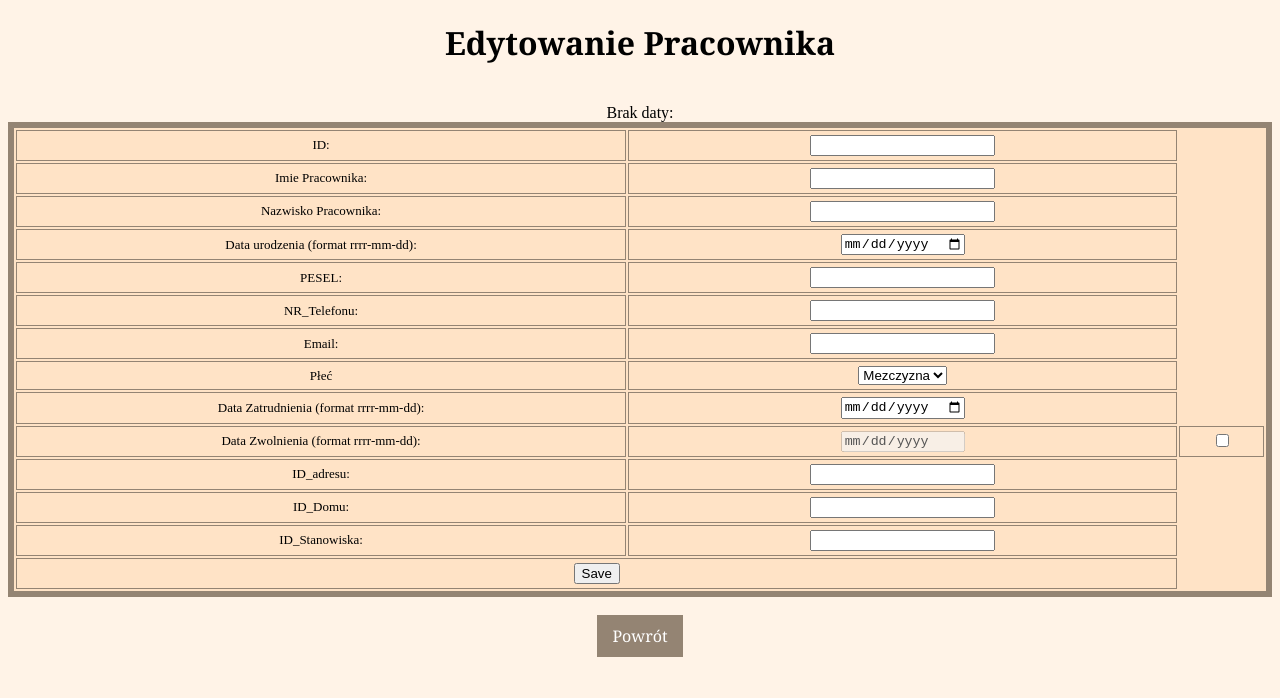
Repository: marcinRuta/houseOfCulture-crud-webapp-database
Page: http://localhost/edit_form_pracownicy
An editor plug-in stored every save of this project. The page is shown before and after the next save, followed by the edit.
The browser window is 1280 px wide. The pictures show the whole page.
The page is this project's Thymeleaf template; nobody is signed in. The template is opened directly, without the code that normally fills it, so the values that code supplies are empty.

Above is the page before, as saved 2021-01-10 00:24:57.

### DomKultury/src/main/resources/templates/edit_form_pracownicy.html
<!DOCTYPE html>
<html xmlns="http://www.w3.org/1999/xhtml"
	xmlns:th="http://www.thymeleaf.org">
<head>
<script>
	function Enabledch(ch)
	{
		var ddl=document.getElementById("Data");
		dd1.disabled=ch.checked ? false : true;

		if(!ddl.disabled)
		{

			ddl.focus()
		}

	}



</script>


<meta charset="UTF-8">
<link rel="stylesheet" href="../static/css/tabele.css" th:href="@{/css/tabele.css}" >
<title>Aplikacja do obsługi Domu Kultury</title>
</head>
<body>

	<div align="center">

		<!-- Page header -->
		<h1>Edytowanie Pracownika</h1>

		<!-- End line/new line -->

		<br/>

		<form action="#" th:action="@{/updateP}" th:object="${EditPracownicy}"
			method="post">

			<!-- Table -->
		<table class="cinereousTable">

				<tr>
					<td>ID:</td>
					<td><input type="text" th:field="*{ID_Pracownika}"
						readonly="readonly"></td>

				</tr>
				<tr>
					<td>Imie Pracownika:</td>
					<td><input type="text" th:field="*{Imie}"></td>
				</tr>

				<!-- Table 2nd row -->

				<tr>
					<td>Nazwisko Pracownika:</td>
					<td><input type="text" th:field="*{Nazwisko}"></td>
				</tr>

				<!-- Table 3rd row -->

				<tr>
					<td>Data urodzenia (format rrrr-mm-dd):</td>
					<td><input type="date" th:field="*{Data_urodzenia}"></td>
				</tr>

				<!-- Table 4th row -->

				<tr>
					<td>PESEL:</td>
					<td><input type="text" th:field="*{PESEL}"></td>
				</tr>

				<!-- Table 5th row -->

				<tr>
					<td>NR_Telefonu:</td>
					<td><input type="text" th:field="*{NR_Telefonu}"></td>
				</tr>

				<!-- Table 6th row -->

				<tr>
					<td>Email:</td>
					<td><input type="text" th:field="*{Email}"></td>
				</tr>

				<!-- Table 7th row -->

				<tr>
					<td>Płeć</td>
					<td><select th:field="*{Plec}">
							<option value="Mezczyzna">Mezczyzna</option>
							<option value="Kobieta">Kobieta</option>
					</select>
					</td>
				</tr>

				<!-- Table 8th row -->

				<tr>
					<td>Data Zatrudnienia (format rrrr-mm-dd):</td>
					<td><input type="date" th:field="*{Data_Zatrudnienia}"></td>
				</tr>

				<!-- Table 9th row -->

				<tr>
					<td>Data Zwolnienia (format rrrr-mm-dd):</td>
					<td><input id="Data" disabled="disabled" type="date" th:field="*{Data_Zwolnienia}"></td>
					Brak daty:<td><input type="checkbox" id="ch" onclick="Enabledch(this)"/></td>
				</tr>

				<!-- Table 10th row -->

				<tr>
					<td>ID_adresu:</td>
					<td><input type="text" th:field="*{ID_Adresu}"></td>
				</tr>

				<!-- Table 11th row -->

				<tr>
					<td>ID_Domu:</td>
					<td><input type="text" th:field="*{ID_Domu}"></td>
				</tr>

				<!-- Table 12th row -->

				<tr>
					<td>ID_Stanowiska:</td>
					<td><input type="text" th:field="*{ID_Stanowiska}"></td>
				</tr>

				<!--  Button for save -->
				<tr>
				<td colspan="2"><button type="submit">Save</button>
				</td>
				</tr>

			</table>
		</form>
			<br/>
				<!-- EXIT -->
				<a href="/P">Powrót</a>
	</div>

</body>
</html>

### DomKultury/src/main/resources/static/css/tabele.css

table.cinereousTable {
  border: 6px solid #948473;
  background-color: #FFE3C6;
  width: 100%;
  text-align: center;
}
table.cinereousTable td, table.cinereousTable th {
  border: 1px solid #948473;
  padding: 4px 4px;
}
table.cinereousTable tbody td {
  font-size: 13px;
}
table.cinereousTable thead {
  background: #948473;
  background: -moz-linear-gradient(top, #afa396 0%, #9e9081 66%, #948473 100%);
  background: -webkit-linear-gradient(top, #afa396 0%, #9e9081 66%, #948473 100%);
  background: linear-gradient(to bottom, #afa396 0%, #9e9081 66%, #948473 100%);
}
table.cinereousTable thead th {
  font-size: 17px;
  font-weight: bold;
  color: #F0F0F0;
  text-align: left;
  border-left: 2px solid #948473;
}
table.cinereousTable thead th:first-child {
  border-left: none;
}

table.cinereousTable tfoot td {
  font-size: 16px;
}

body {
  background-color: #FFF3E7;
}
h1 {
  color: black;
  font-family: Georgia, serif;
}
p {
  color: black;
}
a:link, a:visited {
  background-color: #948473;
  color: white;
  padding: 10px 15px;
  text-align: center;
  text-decoration: none;
  display: inline-block;
  font-family: Georgia, serif;
}

a:hover, a:active {
  background-color: 948473;
}
.button {
  background-color: #948473; /* Green */
  border: none;
  color: white;
  padding: 10px 14px;
  text-align: center;
  text-decoration: none;
  display: inline-block;
  font-size: 16px;
  font-family: Georgia, serif;
  transition-duration: 0.4s;
}

.button:hover {
 background-color: #3D362F ;
  border: none;
  color: white;
  padding: 10px 11px;
  text-align: center;
  text-decoration: none;
  display: inline-block;
  font-size: 16px;
  font-family: Georgia, serif;

}

After the next save:
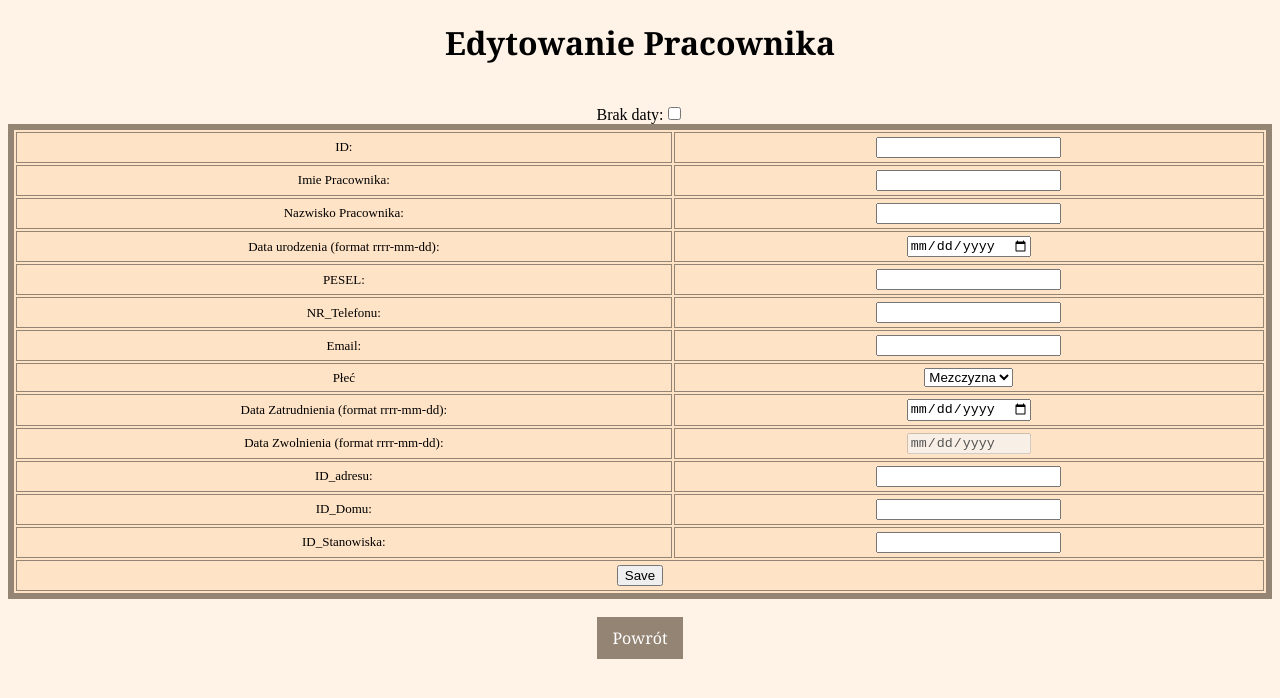
Saved 22 s later.
--- a/DomKultury/src/main/resources/templates/edit_form_pracownicy.html
+++ b/DomKultury/src/main/resources/templates/edit_form_pracownicy.html
@@ -111,7 +111,7 @@
 				<tr>
 					<td>Data Zwolnienia (format rrrr-mm-dd):</td>
 					<td><input id="Data" disabled="disabled" type="date" th:field="*{Data_Zwolnienia}"></td>
-					Brak daty:<td><input type="checkbox" id="ch" onclick="Enabledch(this)"/></td>
+					Brak daty:<input type="checkbox" id="ch" onclick="Enabledch(this)"/>
 				</tr>
 
 				<!-- Table 10th row -->
